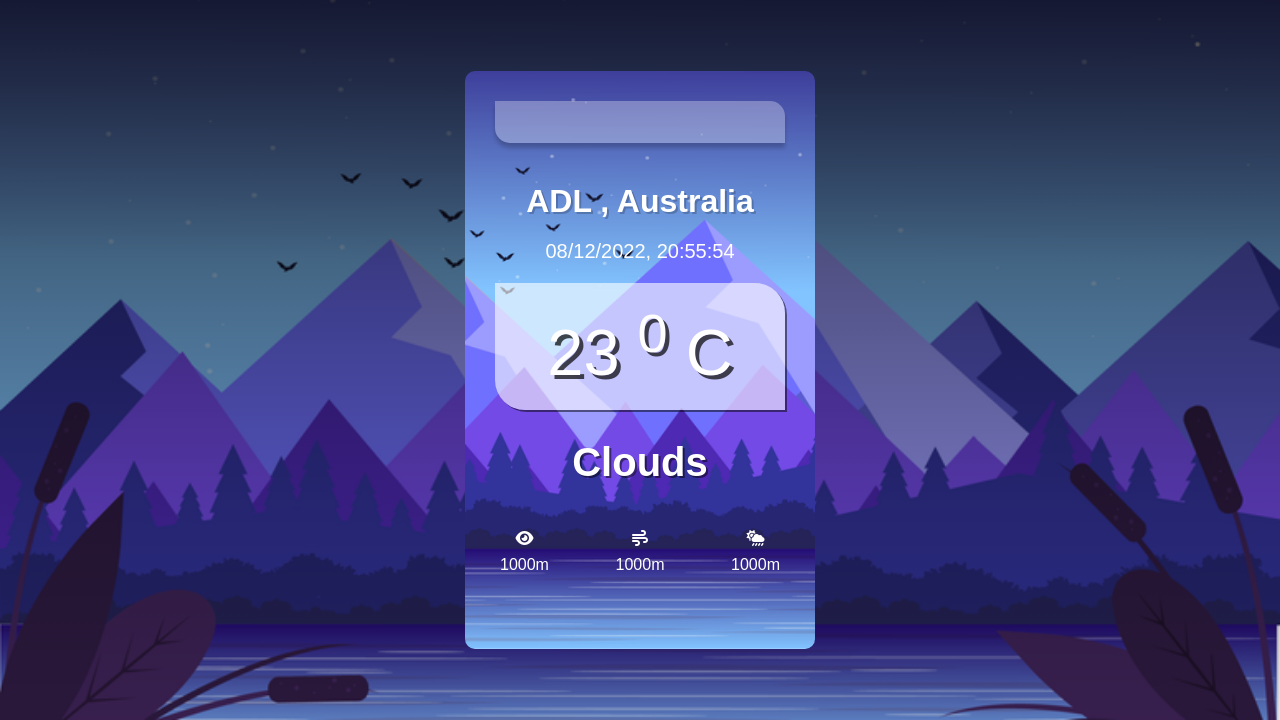
Repository: andrewhuynh561/weather-app-1
Page: index.html
The author's editor kept a copy of each file at every save. The page is drawn from the files as they stood at one save, then again after the next save.
The browser window is 1280 px wide. The pictures show the whole page.

Above is the page before, as saved 2022-12-08 21:25:41.

After the next save:
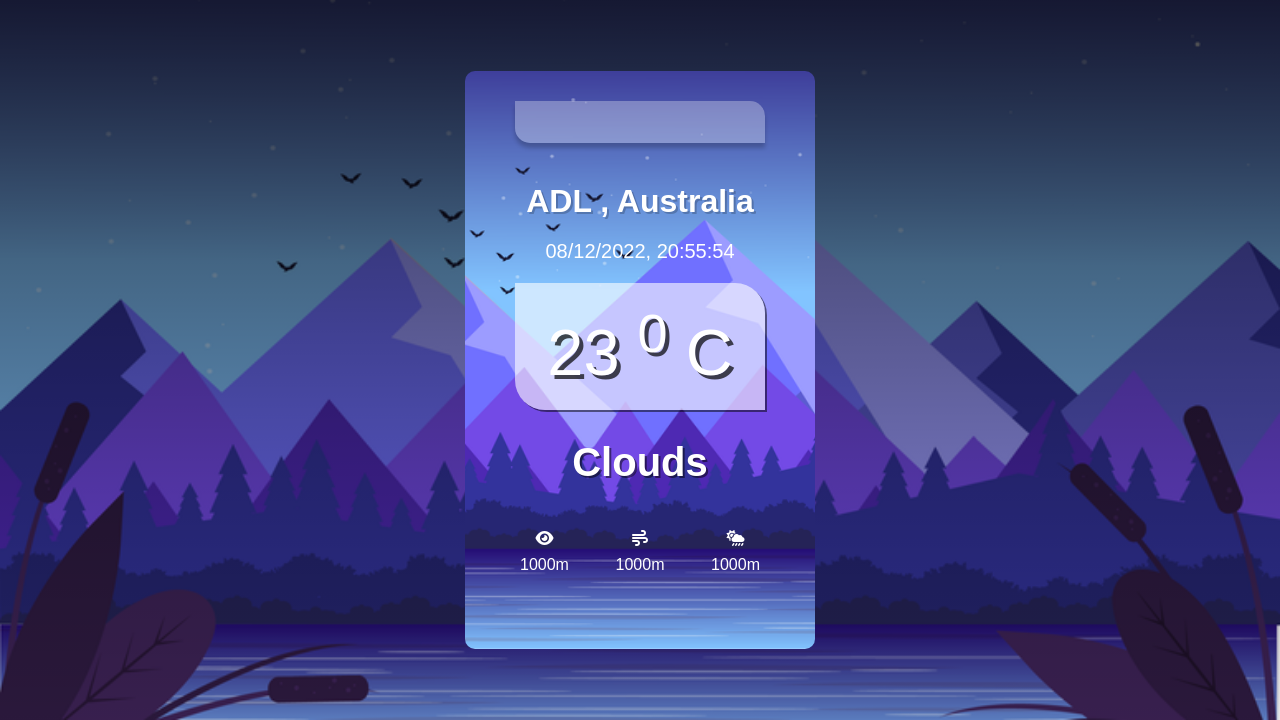
Saved 32 s later.
--- a/style.css
+++ b/style.css
@@ -15,7 +15,7 @@
 #weather{
     width: 350px;
     border-radius:10px ;
-    padding: 30px 30px;
+    padding: 30px 50px;
     background: url(./image/222.png) no-repeat center/cover;
 }
 

After the save that followed:
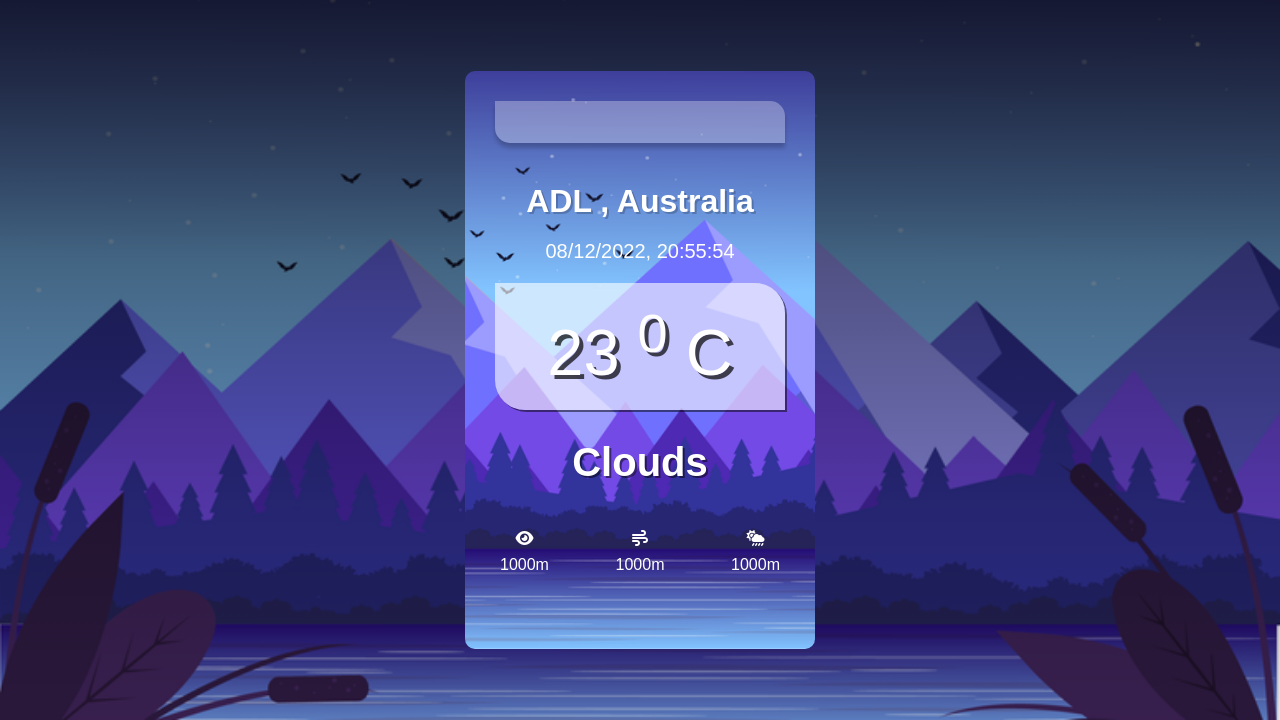
Saved 5 s later.
--- a/style.css
+++ b/style.css
@@ -15,7 +15,7 @@
 #weather{
     width: 350px;
     border-radius:10px ;
-    padding: 30px 50px;
+    padding: 30px 30px;
     background: url(./image/222.png) no-repeat center/cover;
 }
 
